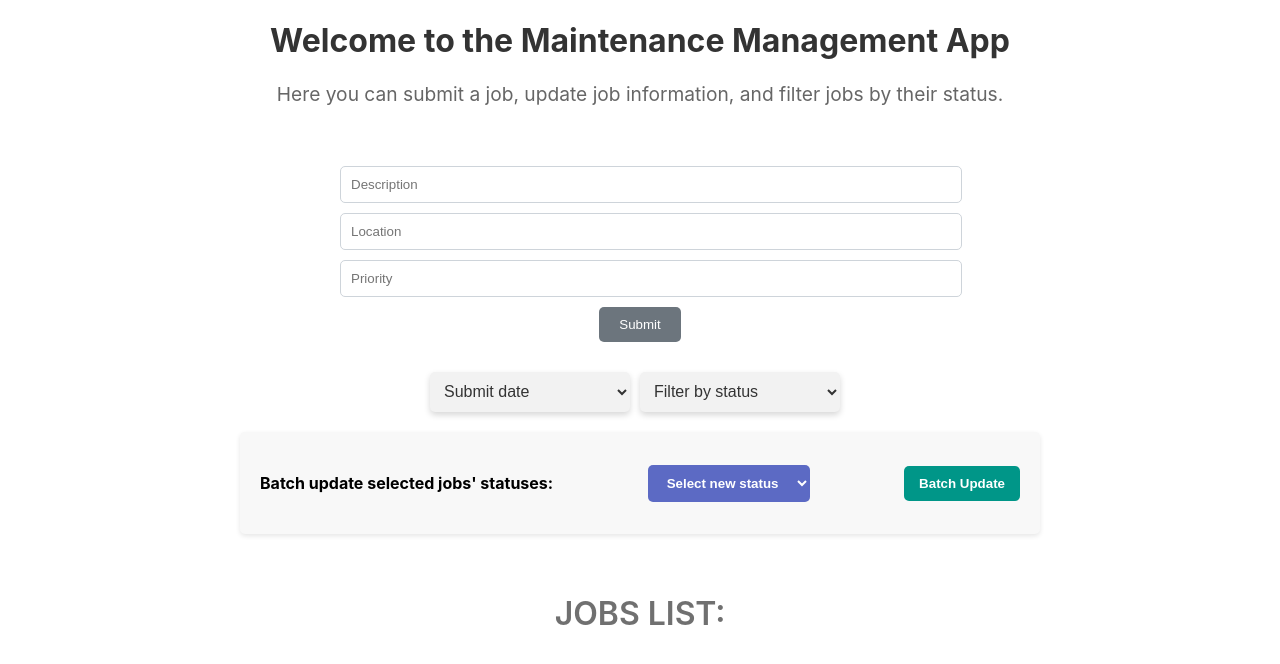
Repository: mikasteyn999/Maintenance-Manager-App
Page: / (app in frontend/)
An editor plug-in stored every save of this project. The page is shown before and after the next save, followed by the edit.
The browser window is 1280 px wide. The pictures show the whole page.
The page's requests for data from a server got no answer. The project was rebuilt for these pictures with package versions that can differ from the ones it lists, and the page was loaded fresh each time. No one was signed in, and anything a server would have sent is missing. Also part of the build but not shown: frontend/src/style/Job.css, frontend/src/components/Job.js, frontend/src/style/JobUpdateForm.css, frontend/src/components/JobUpdateForm.js.

Above is the page before, as saved 2023-06-05 16:48:51.

After the next save:
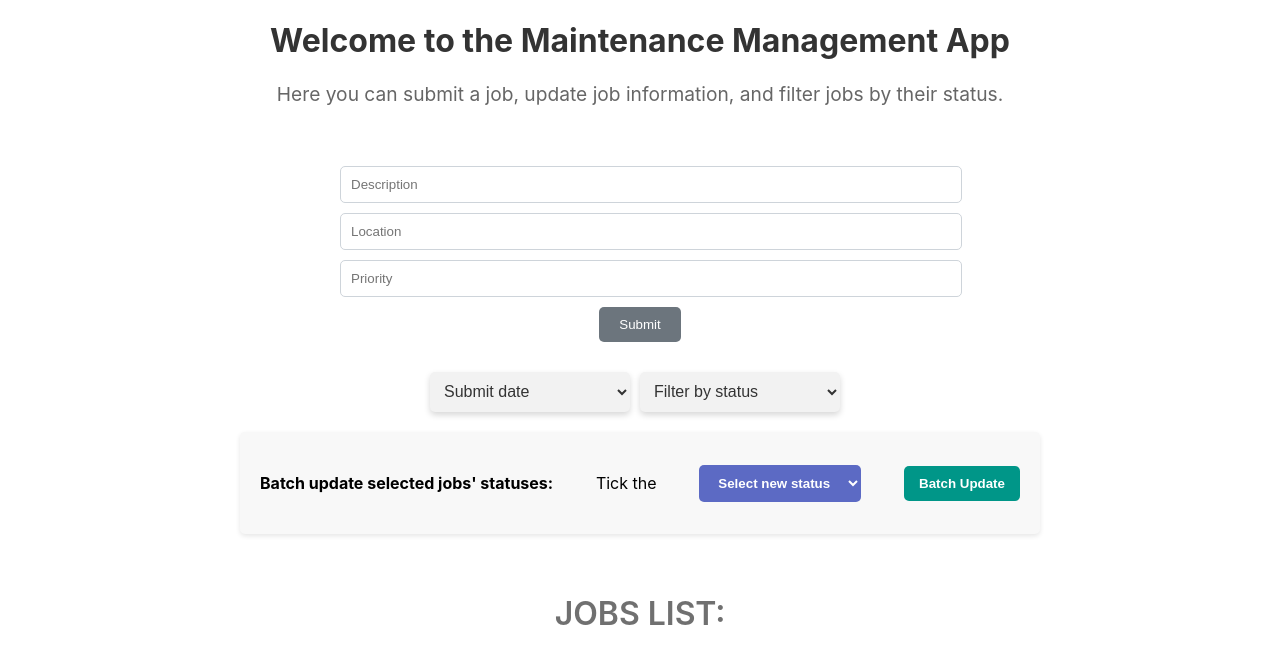
Saved 22 s later.
--- a/frontend/src/components/JobsList.js
+++ b/frontend/src/components/JobsList.js
@@ -116,6 +116,7 @@ const JobsList = () => {
         {/* Batch update */}
         <div className='batch-update'>
           <h4>Batch update selected jobs' statuses:</h4>
+          <p>Tick the</p>
           <select id="batchStatusUpdate" name="batchStatusUpdate">
             <option value="">Select new status</option>
             <option value="Submitted">Submitted</option>
